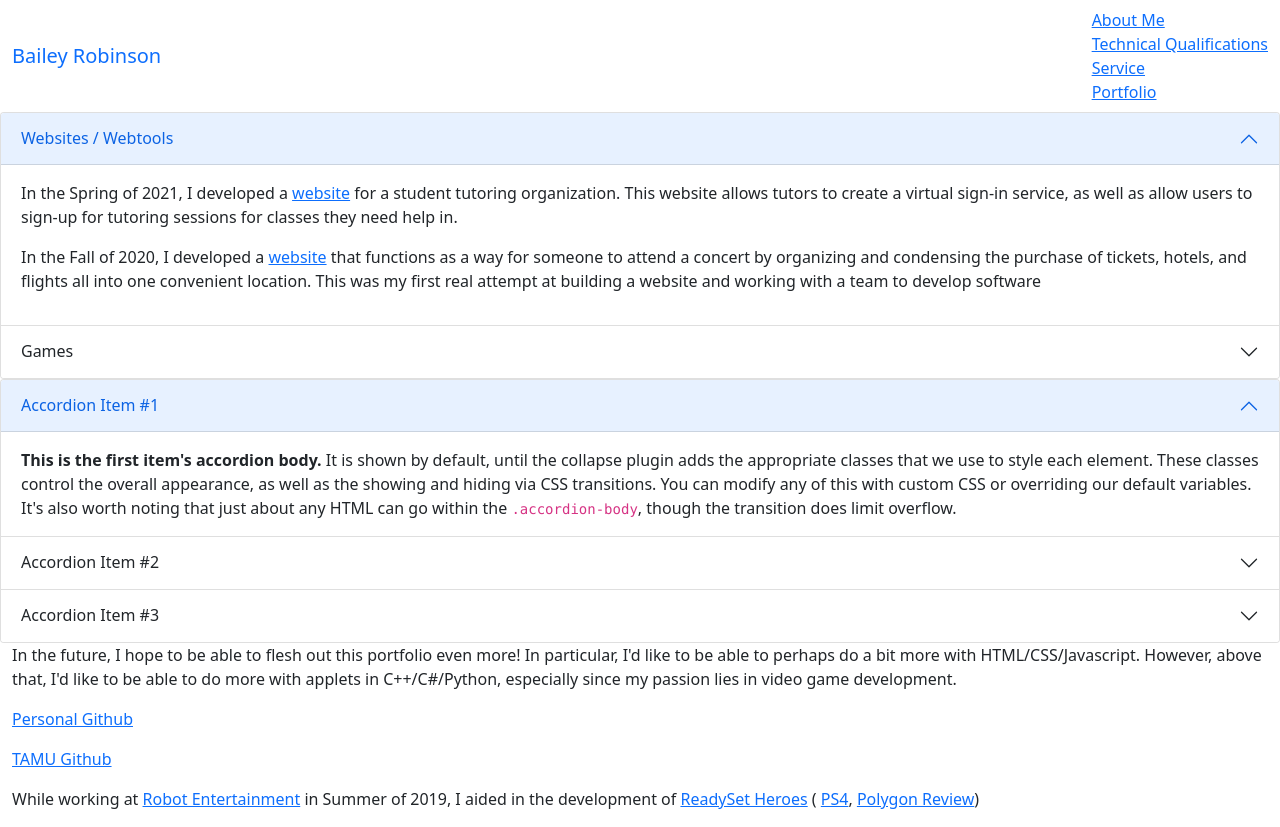
Repository: baileyjrob/personal_website
Page: portfolio.html
The author's editor kept a copy of each file at every save. The page is drawn from the files as they stood at one save, then again after the next save.
The browser window is 1280 px wide. The pictures show the whole page.

Above is the page before, as saved 2022-04-20 13:18:35.

### portfolio.html
<!DOCTYPE html>
<html lang=en>

<head>
    <title>Bailey Robinson</title>
    <meta charset="utf-8">
    <meta name="viewport" content="width=device-width, initial-scale=1">
    <!-- Latest compiled and minified CSS -->
    <link href="https://cdn.jsdelivr.net/npm/bootstrap@5.0.2/dist/css/bootstrap.min.css" rel="stylesheet"
        integrity="sha384-EVSTQN3/azprG1Anm3QDgpJLIm9Nao0Yz1ztcQTwFspd3yD65VohhpuuCOmLASjC" crossorigin="anonymous">

    <!-- jQuery library -->
    <script src="https://ajax.googleapis.com/ajax/libs/jquery/3.5.1/jquery.min.js"></script>

    <!-- Latest compiled JavaScript -->
    <script src="https://cdn.jsdelivr.net/npm/bootstrap@5.0.2/dist/js/bootstrap.bundle.min.js"
        integrity="sha384-MrcW6ZMFYlzcLA8Nl+NtUVF0sA7MsXsP1UyJoMp4YLEuNSfAP+JcXn/tWtIaxVXM"
        crossorigin="anonymous"></script>
</head>

<body>
    <nav class="navbar navbar-default">
        <div class="container-fluid">
            <a class="navbar-brand" href="index.html">Bailey Robinson</a>
            <ul class="nav navbar-nav">
                <li><a href="about.html">About Me</a></li>
                <li><a href="techqual.html">Technical Qualifications</a></li>
                <li><a href="service.html">Service</a></li>
                <li class="active"><a href="portfolio.html">Portfolio</a></li>
            </ul>
        </div>
    </nav>
    <div class="accordion" id="accordionFields">
        <div class="accordion-item">
            <h2 class="accordion-header" id="headingWeb">
                <button class="accordion-button" type="button" data-bs-toggle="collapse" data-bs-target="#collapseOne"
                    aria-expanded="true" aria-controls="collapseOne">
                    Websites / Webtools
                </button>
            </h2>
            <div id="collapseOne" class="accordion-collapse collapse show" aria-labelledby="headingWeb"
                data-bs-parent="#accordionExample">
                <div class="accordion-body">
                    <p>In the Spring of 2021, I developed a <a href="https://ortutoring.herokuapp.com/">website</a> for
                        a student
                        tutoring
                        organization. This website allows tutors to create a virtual sign-in service, as well as allow
                        users to sign-up
                        for
                        tutoring sessions for classes they need help in.
                    </p>
                    <p>In the Fall of 2020, I developed a <a href="secret.html">website</a> that functions as a way for
                        someone to
                        attend a concert by organizing and condensing the purchase of tickets, hotels, and flights all
                        into one convenient
                        location. This was my first real attempt at building a website and working with a team to
                        develop software </p>
                </div>
            </div>
        </div>
        <div class="accordion-item">
            <h2 class="accordion-header" id="headingGames">
                <button class="accordion-button collapsed" type="button" data-bs-toggle="collapse"
                    data-bs-target="#collapseTwo" aria-expanded="False" aria-controls="collapseTwo">
                    Games
                </button>
            </h2>
            <div id="collapseTwo" class="accordion-collapse collapse" aria-labelledby="headingGames"
                data-bs-parent="#accordionExample">
                <div class="accordion-body">
                    Placeholder
                </div>
            </div>
        </div>
    </div>
    <div class="accordion" id="accordionExample">
        <div class="accordion-item">
            <h2 class="accordion-header" id="headingOne">
                <button class="accordion-button" type="button" data-bs-toggle="collapse" data-bs-target="#collapseOne"
                    aria-expanded="true" aria-controls="collapseOne">
                    Accordion Item #1
                </button>
            </h2>
            <div id="collapseOne" class="accordion-collapse collapse show" aria-labelledby="headingOne"
                data-bs-parent="#accordionExample">
                <div class="accordion-body">
                    <strong>This is the first item's accordion body.</strong> It is shown by default, until the collapse
                    plugin adds the appropriate classes that we use to style each element. These classes control the
                    overall
                    appearance, as well as the showing and hiding via CSS transitions. You can modify any of this with
                    custom CSS or overriding our default variables. It's also worth noting that just about any HTML can
                    go
                    within the <code>.accordion-body</code>, though the transition does limit overflow.
                </div>
            </div>
        </div>
        <div class="accordion-item">
            <h2 class="accordion-header" id="headingTwo">
                <button class="accordion-button collapsed" type="button" data-bs-toggle="collapse"
                    data-bs-target="#collapseTwo" aria-expanded="false" aria-controls="collapseTwo">
                    Accordion Item #2
                </button>
            </h2>
            <div id="collapseTwo" class="accordion-collapse collapse" aria-labelledby="headingTwo"
                data-bs-parent="#accordionExample">
                <div class="accordion-body">
                    <strong>This is the second item's accordion body.</strong> It is hidden by default, until the
                    collapse
                    plugin adds the appropriate classes that we use to style each element. These classes control the
                    overall
                    appearance, as well as the showing and hiding via CSS transitions. You can modify any of this with
                    custom CSS or overriding our default variables. It's also worth noting that just about any HTML can
                    go
                    within the <code>.accordion-body</code>, though the transition does limit overflow.
                </div>
            </div>
        </div>
        <div class="accordion-item">
            <h2 class="accordion-header" id="headingThree">
                <button class="accordion-button collapsed" type="button" data-bs-toggle="collapse"
                    data-bs-target="#collapseThree" aria-expanded="false" aria-controls="collapseThree">
                    Accordion Item #3
                </button>
            </h2>
            <div id="collapseThree" class="accordion-collapse collapse" aria-labelledby="headingThree"
                data-bs-parent="#accordionExample">
                <div class="accordion-body">
                    <strong>This is the third item's accordion body.</strong> It is hidden by default, until the
                    collapse
                    plugin adds the appropriate classes that we use to style each element. These classes control the
                    overall
                    appearance, as well as the showing and hiding via CSS transitions. You can modify any of this with
                    custom CSS or overriding our default variables. It's also worth noting that just about any HTML can
                    go
                    within the <code>.accordion-body</code>, though the transition does limit overflow.
                </div>
            </div>
        </div>
    </div>
    <div class="container-fluid">
        <p> In the future, I hope to be able to flesh out this portfolio even more! In particular, I'd like to be able
            to
            perhaps do a bit more with HTML/CSS/Javascript. However, above that, I'd like to be able to do more with
            applets
            in
            C++/C#/Python, especially since my passion lies in video game development.</p>
        <p><a href="https://github.com/baileyjrob">Personal Github</a></p>
        <p><a href="https://github.tamu.edu/baileyjrob">TAMU Github</a></p>
        <p>While working at
            <a href="https://robotentertainment.com/">Robot Entertainment</a>
            in Summer of 2019, I aided in the development of
            <a href="https://www.epicgames.com/store/en-US/product/readyset-heroes/home">
                ReadySet Heroes</a> (
            <a href="https://www.playstation.com/en-us/games/readyset-heroes-ps4/">PS4</a>,
            <a
                href="https://www.polygon.com/2019/9/5/20851325/readyset-heroes-preview-release-date-pc-epic-ps4-trailer">
                Polygon Review</a>)
        </p>
    </div>
</body>

</html>

After the next save:
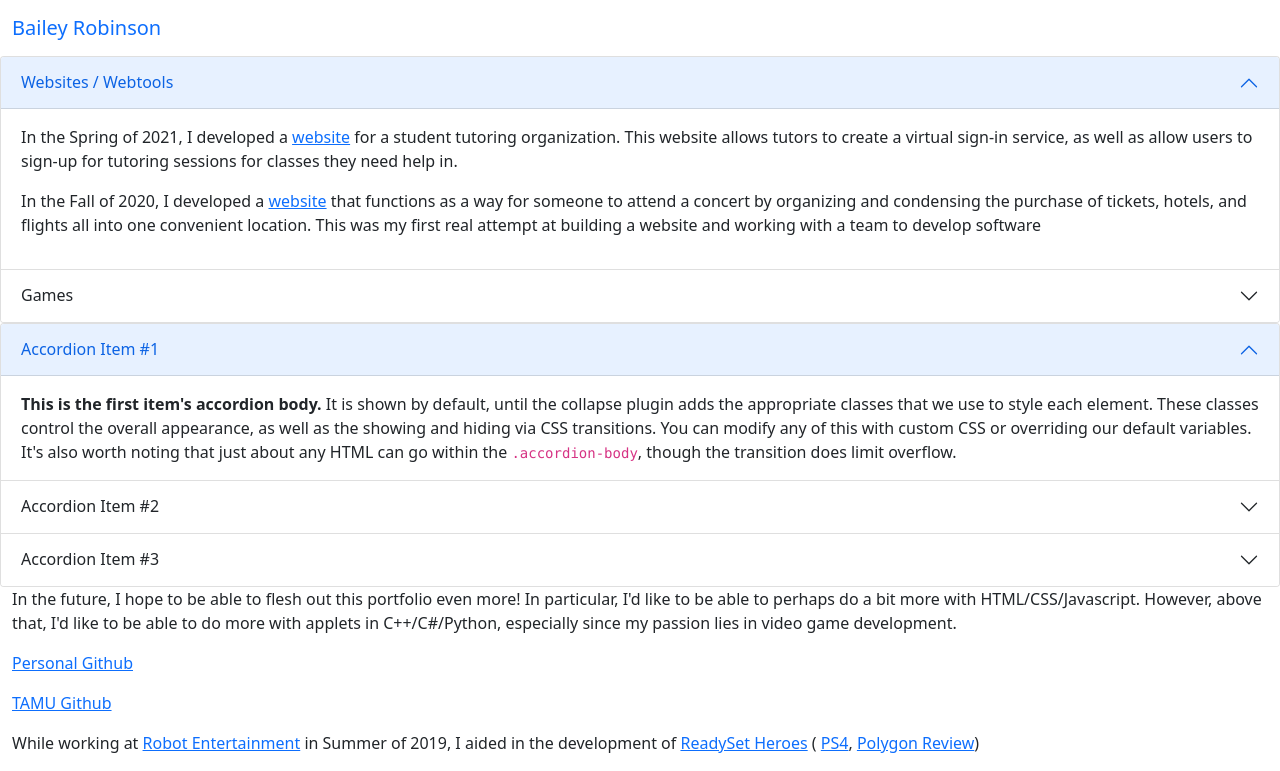
Saved 58 s later.
--- a/portfolio.html
+++ b/portfolio.html
@@ -22,12 +22,14 @@
     <nav class="navbar navbar-default">
         <div class="container-fluid">
             <a class="navbar-brand" href="index.html">Bailey Robinson</a>
-            <ul class="nav navbar-nav">
-                <li><a href="about.html">About Me</a></li>
-                <li><a href="techqual.html">Technical Qualifications</a></li>
-                <li><a href="service.html">Service</a></li>
-                <li class="active"><a href="portfolio.html">Portfolio</a></li>
-            </ul>
+            <div class="collapse navbar-collapse" id="navbarContent">
+                <ul class="nav navbar-nav">
+                    <li><a href="about.html">About Me</a></li>
+                    <li><a href="techqual.html">Technical Qualifications</a></li>
+                    <li><a href="service.html">Service</a></li>
+                    <li class="active"><a href="portfolio.html">Portfolio</a></li>
+                </ul>
+            </div>
         </div>
     </nav>
     <div class="accordion" id="accordionFields">
